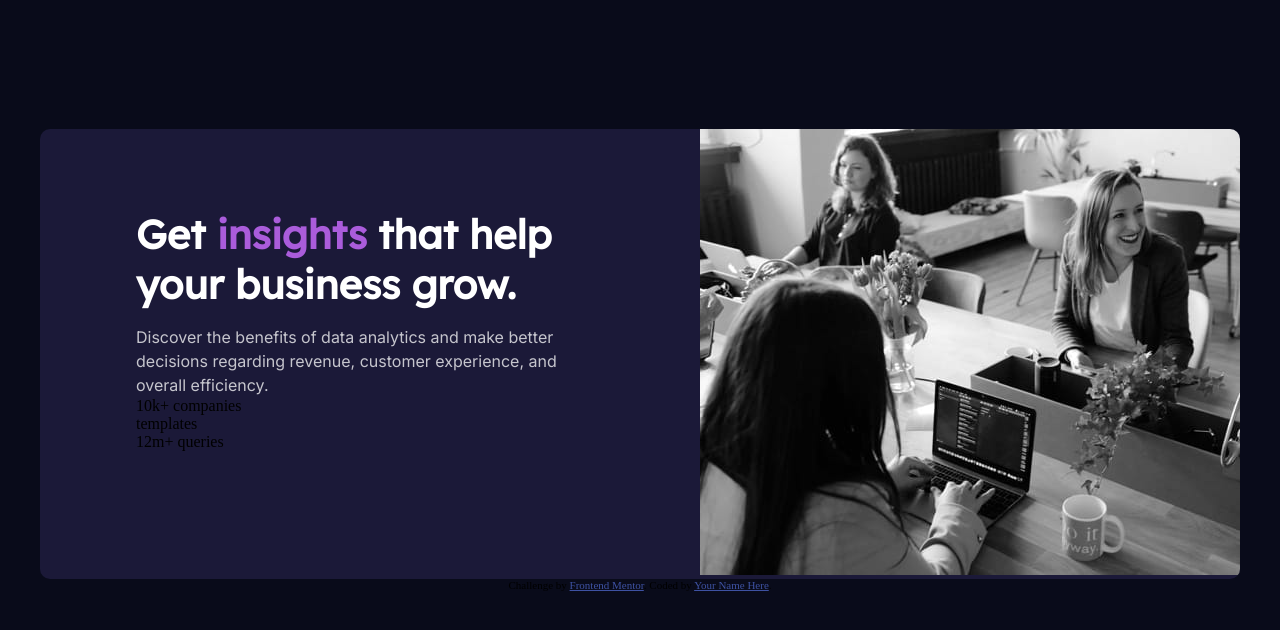
Repository: PratypartyY2K/frontendmentor-challenges
Page: stats-preview-card-component-main/index.html
The author's editor kept a copy of each file at every save. The page is drawn from the files as they stood at one save, then again after the next save.
The browser window is 1280 px wide. The pictures show the whole page.

Above is the page before, as saved 2021-07-14 00:36:22.

After the next save:
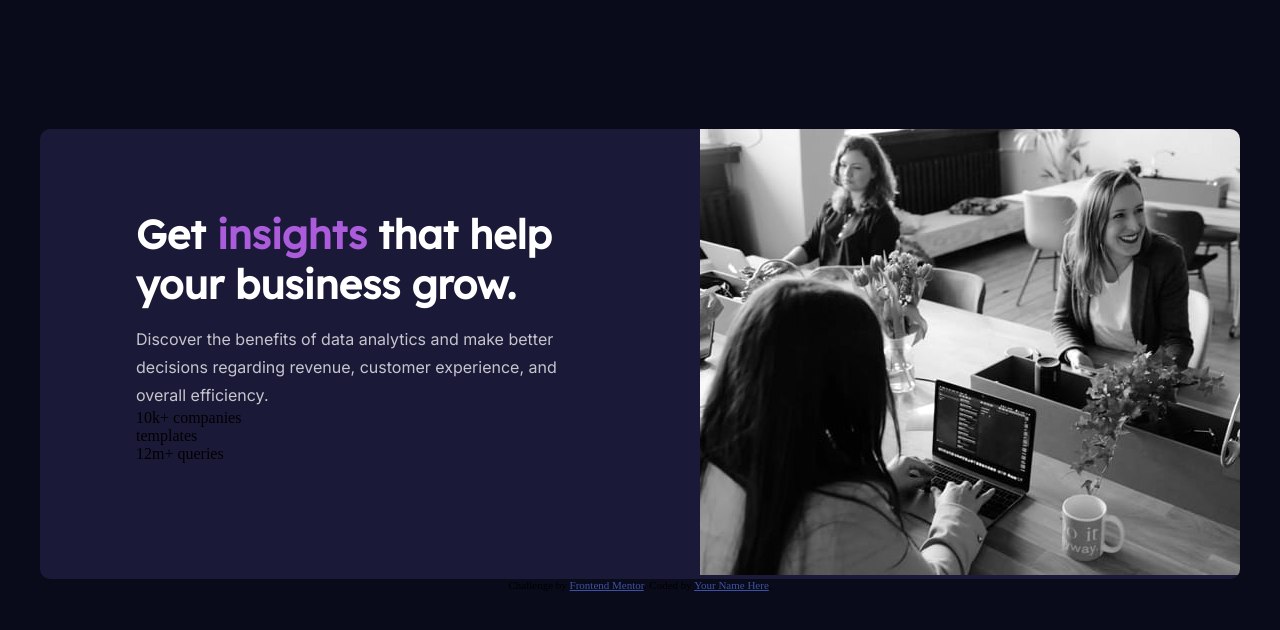
Saved 60 s later.
--- a/stats-preview-card-component-main/style.css
+++ b/stats-preview-card-component-main/style.css
@@ -41,7 +41,7 @@
     color: hsla(0, 0%, 100%, 0.75);
     font-family: 'Inter', sans-serif;;
     font-size: 1rem;
-    line-height: 1.5rem;
+    line-height: 1.75rem;
 }
 
 

After the save that followed:
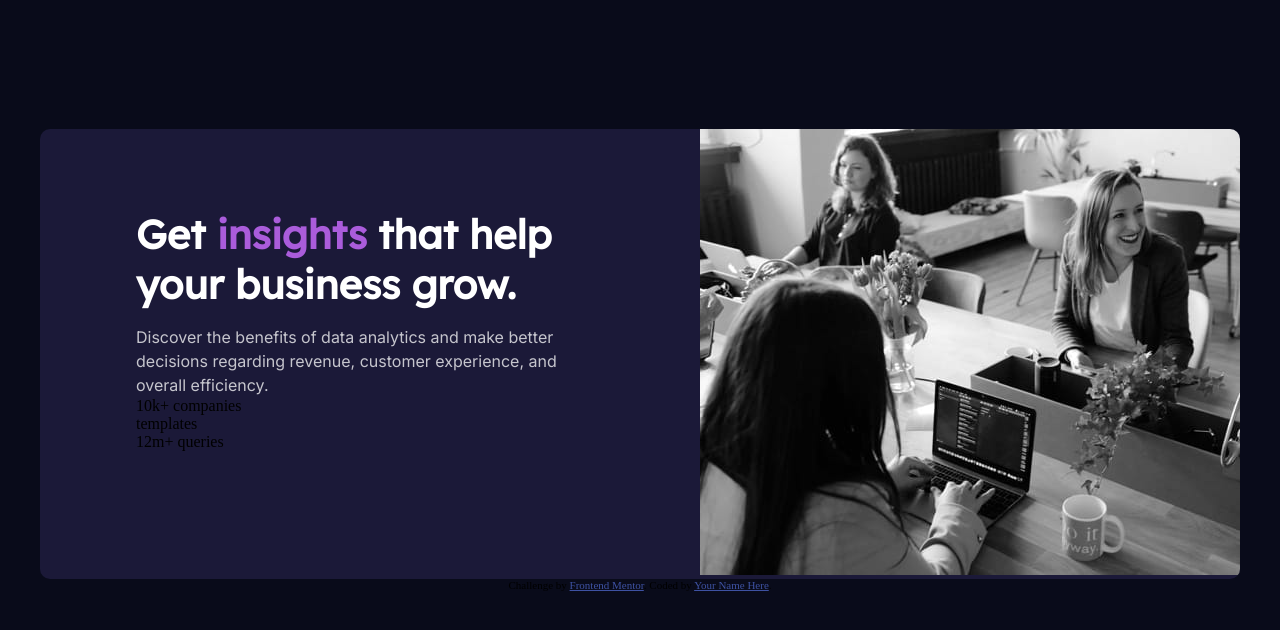
Saved 9 s later.
--- a/stats-preview-card-component-main/style.css
+++ b/stats-preview-card-component-main/style.css
@@ -41,7 +41,7 @@
     color: hsla(0, 0%, 100%, 0.75);
     font-family: 'Inter', sans-serif;;
     font-size: 1rem;
-    line-height: 1.75rem;
+    line-height: 1.5rem;
 }
 
 
